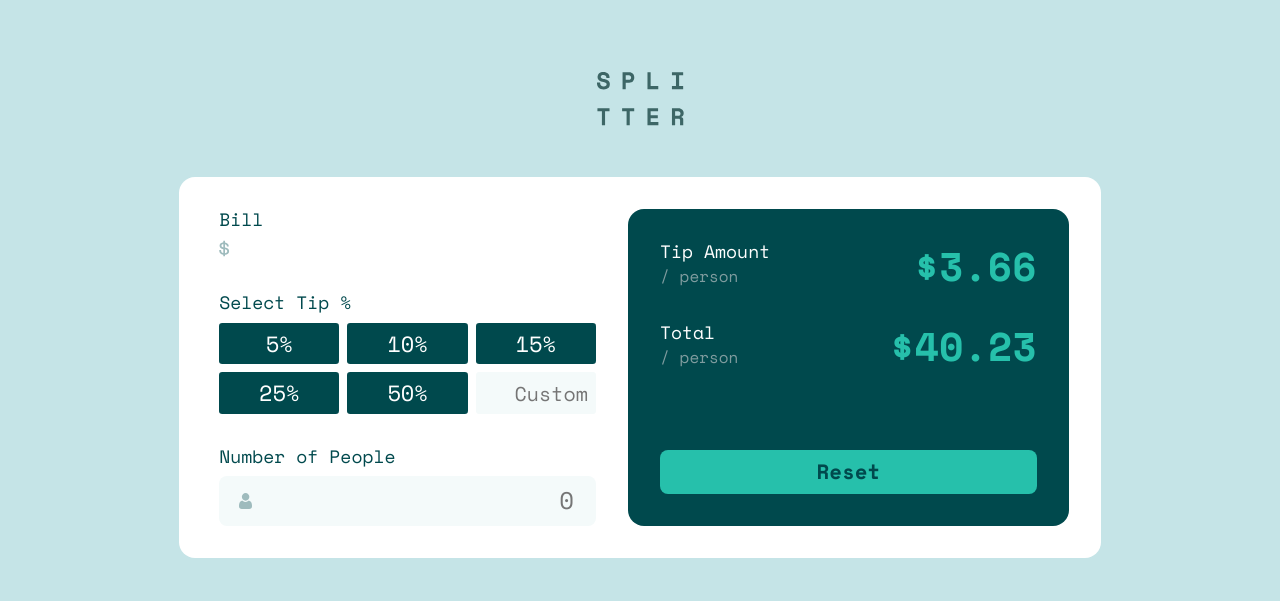
Repository: Jay-JYKim91/FM_tip-calculator
Page: index.html
The author's editor kept a copy of each file at every save. The page is drawn from the files as they stood at one save, then again after the next save.
The browser window is 1280 px wide. The pictures show the whole page.

Above is the page before, as saved 2021-12-23 12:48:41.

### index.html
<!DOCTYPE html>
<html lang="en">
<head>
  <meta charset="UTF-8">
  <meta name="viewport" content="width=device-width, initial-scale=1.0"> <!-- displays site properly based on user's device -->

  <link rel="icon" type="image/png" sizes="32x32" href="./images/favicon-32x32.png">

  <title>Tip calculator</title>
  <link rel="preconnect" href="https://fonts.googleapis.com">
  <link rel="preconnect" href="https://fonts.gstatic.com" crossorigin>
  <link href="https://fonts.googleapis.com/css2?family=Space+Mono:wght@400;700&display=swap" rel="stylesheet">
  <link rel="stylesheet" href="https://cdnjs.cloudflare.com/ajax/libs/normalize/8.0.1/normalize.min.css" integrity="sha512-NhSC1YmyruXifcj/KFRWoC561YpHpc5Jtzgvbuzx5VozKpWvQ+4nXhPdFgmx8xqexRcpAglTj9sIBWINXa8x5w==" crossorigin="anonymous" referrerpolicy="no-referrer" />
  <link rel="stylesheet" href="style.css">
  <script src="main.js" defer></script>

</head>
<body>
  <main class="container">
    <header>
      <img src="./images/logo.svg" alt="logo">
    </header>
    <section class="calculator_wrapper">
      <article class="input_wrapper">
        <div>
          <p class="title">Bill</p>
          <!-- <div class="input_form"> -->
            <img src="./images/icon-dollar.svg" alt="dollar">
            <!-- <input type="tel" placeholder="0"> -->
          </div>
        </div>
        <div>
          <p class="title">Select Tip %</p>
          <div class="tip_options">
            <button class="tip_option">5%</button>
            <button class="tip_option">10%</button>
            <button class="tip_option">15%</button>
            <button class="tip_option">25%</button>
            <button class="tip_option">50%</button>
            <input type="tel" id="custom_tip" class="tip_option" placeholder="Custom" autocomplete="off">
          </div>
        </div>
        <div>
          <p class="title">Number of People</p>
          <div class="input_form">
            <img src="./images/icon-person.svg" alt="person">
            <input type="tel" placeholder="0">
          </div>
        </div>
      </article>
      <article class="result_wrapper">
        <div class="result_rows">
          <div class="result_row">
            <div class="result_title_wrapper">
              <p class="title">Tip Amount</p>
              <p class="subtitle">/ person</p>
            </div>
            <p id="tipAmountPrice" class="display_result">$3.66</p>
          </div>
          <div class="result_row">
            <div class="result_title_wrapper">
              <p class="title">Total</p>
              <p class="subtitle">/ person</p>
            </div>
            <p id="totalPrice" class="display_result">$40.23</p>
          </div>
        </div>
        <div>
          <button id="resetBtn">Reset</button>
        </div>
      </article>
    </section>
  </main>
</body>
</html>

### style.css
:root {
  --body-font: "Space Mono", monospace;

  --strong-cyan: hsl(172, 67%, 45%);
  --very-dark-cyan: hsl(183, 100%, 15%);
  --dark-grayish-cyan1: hsl(186, 14%, 43%);
  --dark-grayish-cyan2: hsl(184, 14%, 56%);
  --light-grayish-cyan1: hsl(185, 41%, 84%);
  --light-grayish-cyan2: hsl(189, 41%, 97%);
  --white: hsl(0, 0%, 100%);
}
body {
  background-color: var(--light-grayish-cyan1);
  font-family: var(--body-font);
}
.container {
  margin: 10vh 14vw;
}
header {
  text-align: center;
  margin: 3rem;
}
.calculator_wrapper {
  background-color: var(--white);
  display: flex;
  justify-content: space-between;
  padding: 2rem;
  border-radius: 1rem;
}
.input_wrapper {
  flex-basis: 50%;
  padding: 0 2em 0 0.5em;
}
.input_wrapper div {
  margin-bottom: 2rem;
}
.input_wrapper div:last-child {
  margin-bottom: 0;
}
.tip_options {
  display: grid;
  grid-template-columns: repeat(3, 1fr);
  grid-gap: 0.5em;
}
.tip_option {
  border: 2px solid transparent;
  background-color: var(--very-dark-cyan);
  color: var(--white);
  font-family: var(--body-font);
  padding: 6px;
  font-size: 22px;
  border-radius: 0.2rem;
  cursor: pointer;
  transition: all 0.1s ease-in-out;
}
.tip_option:hover {
  background-color: var(--light-grayish-cyan1);
  color: var(--very-dark-cyan);
}
.tip_option:focus {
  background-color: var(--strong-cyan);
  color: var(--very-dark-cyan);
}
#custom_tip {
  width: 100%;
  background-color: var(--light-grayish-cyan2);
  box-sizing: border-box;
  text-align: right;
  font-size: 20px;
  color: var(--strong-cyan);
  caret-color: var(--strong-cyan);
}
#custom_tip:focus {
  outline: none;
  border: var(--strong-cyan) 2px solid;
}
.title {
  margin: 0 0 10px 0;
  color: var(--very-dark-cyan);
  font-size: 18px;
}
.input_form {
  display: flex;
  align-items: center;
  justify-content: space-between;
  background-color: var(--light-grayish-cyan2);
  padding: 10px 20px;
  border-radius: 0.5rem;
}
.input_form input {
  width: 90%;
  font-size: 24px;
  border: none;
  background-color: var(--light-grayish-cyan2);
  text-align: right;
  color: var(--very-dark-cyan);
  caret-color: var(--strong-cyan);
}
.input_form input:focus {
  outline: none;
}
/* #test:focus .input_form {
  border: 2px solid var(--strong-cyan);
} */
.result_wrapper {
  background-color: var(--very-dark-cyan);
  flex-basis: 50%;
  border-radius: 1rem;
  padding: 2em;
  display: flex;
  flex-direction: column;
  justify-content: space-between;
}
.result_title_wrapper {
  flex-basis: 40%;
}
.result_title_wrapper p {
  margin: 0 0 0.3rem 0;
}
.result_wrapper .title {
  color: var(--white);
  /* margin: 0 0 10px 0; */
}
.subtitle {
  color: var(--dark-grayish-cyan2);
}
.result_row {
  display: flex;
  align-items: center;
  justify-content: space-between;
  margin-bottom: 2rem;
}
.display_result {
  flex-basis: 60%;
  text-align: right;
  color: var(--strong-cyan);
  font-weight: 600;
  font-size: 2.5rem;
  margin: 0;
}
#resetBtn {
  border: none;
  background-color: var(--strong-cyan);
  color: var(--very-dark-cyan);
  width: 100%;
  padding: 10px;
  font-weight: 600;
  font-size: 1.3rem;
  border-radius: 0.5rem;
  cursor: pointer;
  transition: all ease-in-out 0.1s;
}
#resetBtn:hover {
  background-color: var(--light-grayish-cyan1);
}
/* Tablet size */
@media (min-width: 768px) and (max-width: 1023px) {
}

/* Mobile size */
@media (max-width: 767px) {
}

Loaded but not shown: main.js (empty)

After the next save:
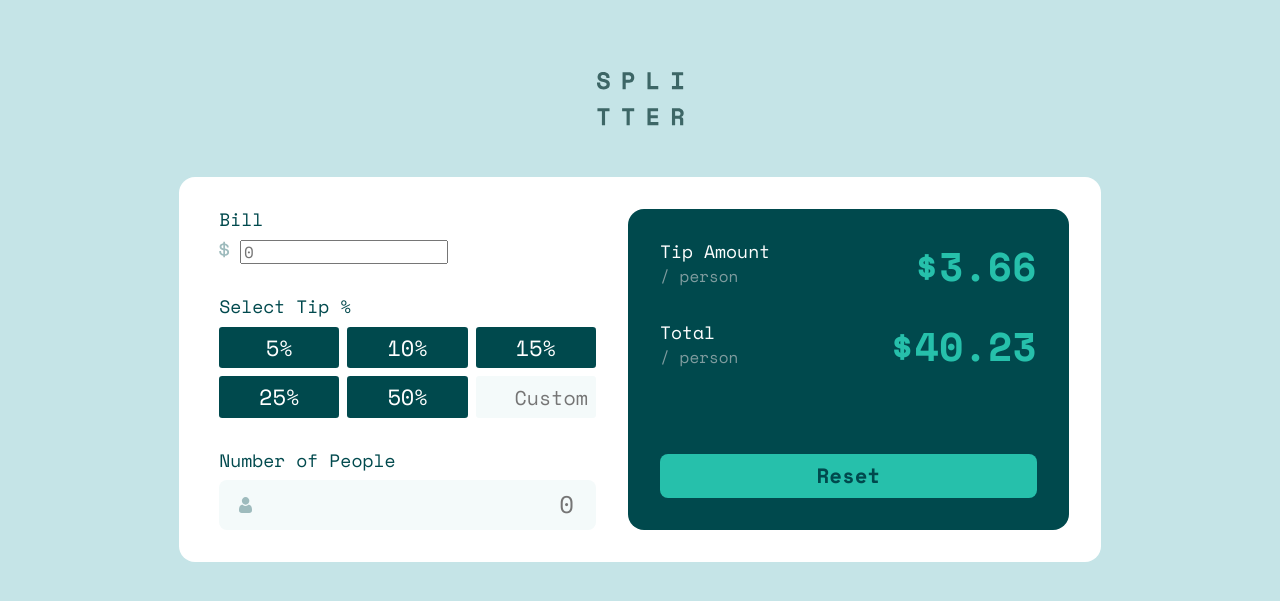
Saved 5 s later.
--- a/index.html
+++ b/index.html
@@ -26,8 +26,8 @@
           <p class="title">Bill</p>
           <!-- <div class="input_form"> -->
             <img src="./images/icon-dollar.svg" alt="dollar">
-            <!-- <input type="tel" placeholder="0"> -->
-          </div>
+            <input type="tel" placeholder="0">
+          <!-- </div> -->
         </div>
         <div>
           <p class="title">Select Tip %</p>
